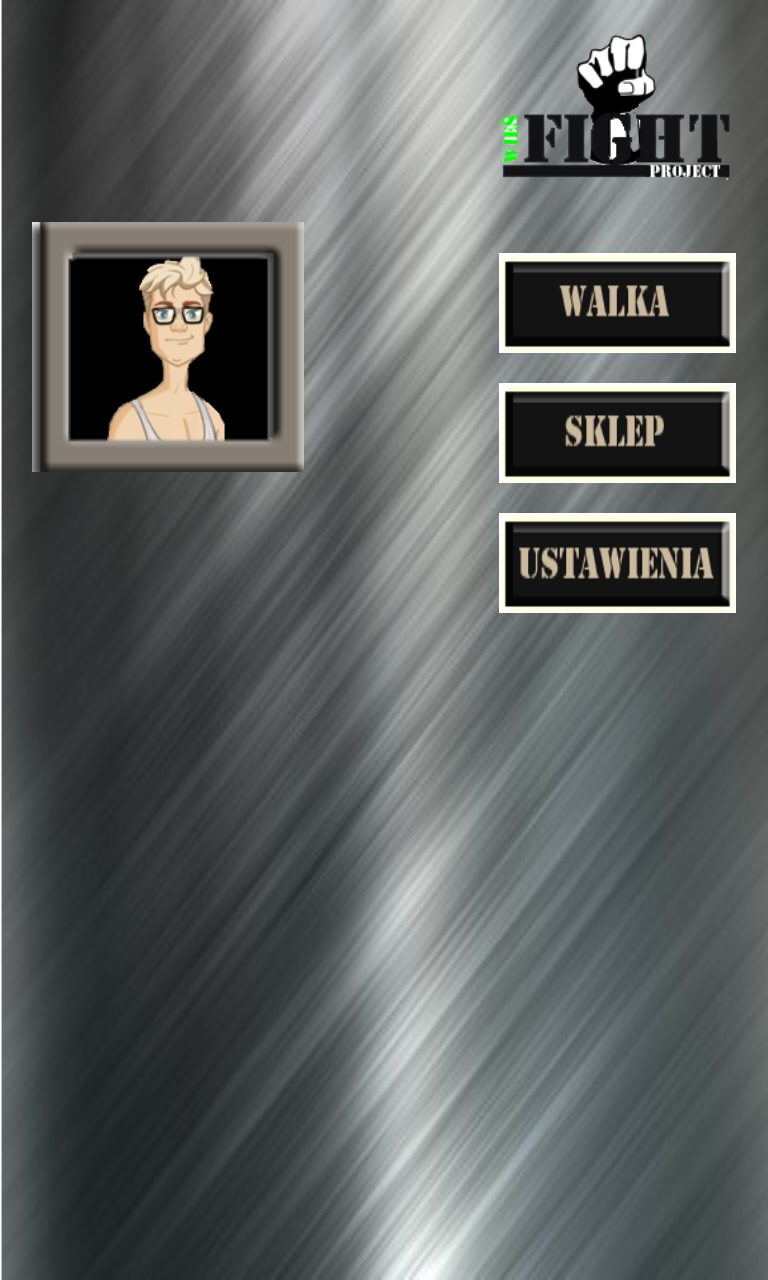
Repository: KrzysztofWolinski/WiesFight_Project
Layout: WiesFight/res/layout/activity_main.xml
These files come from the project's save history. The layout is drawn as it stood at one moment and after the next save; the edit follows.
It is drawn on a 768 x 1280 px phone screen (xhdpi) without system bars, with theme AppTheme; the app's code is not run.

Above is the layout before, as saved 2014-11-04 20:00:59.

### WiesFight/res/layout/activity_main.xml
<RelativeLayout xmlns:android="http://schemas.android.com/apk/res/android"
    xmlns:tools="http://schemas.android.com/tools"
    android:layout_width="match_parent"
    android:layout_height="match_parent"
    android:background="@drawable/bg"
    android:paddingBottom="@dimen/activity_vertical_margin"
    android:paddingLeft="@dimen/activity_horizontal_margin"
    android:paddingRight="@dimen/activity_horizontal_margin"
    android:paddingTop="@dimen/activity_vertical_margin"
    tools:context="com.wiesfight.activities.MainActivity" >

    <ImageView
        android:id="@+id/imgLogo"
        android:layout_width="wrap_content"
        android:layout_height="wrap_content"
        android:layout_alignParentRight="true"
        android:layout_alignParentTop="true"
        android:background="@android:color/transparent"
        android:contentDescription="@string/logo"
        android:src="@drawable/logo" />

    <Button
        android:id="@+id/btnShop"
        android:layout_width="150dp"
        android:layout_height="50dp"
        android:layout_alignLeft="@+id/btnFight"
        android:layout_below="@+id/btnFight"
        android:layout_marginTop="15dp"
        android:onClick="goToShop"
        android:background="@drawable/sklep" />

    <Button
        android:id="@+id/btnSettings"
        android:layout_width="150dp"
        android:layout_height="50dp"
        android:layout_alignLeft="@+id/btnShop"
        android:layout_below="@+id/btnShop"
        android:layout_marginTop="15dp"
        android:onClick="goToSettings"
        android:background="@drawable/ustawienia" />

    <Button
        android:id="@+id/btnFight"
        android:layout_width="150dp"
        android:layout_height="50dp"
        android:layout_alignLeft="@+id/imgLogo"
        android:layout_below="@+id/imgLogo"
        android:layout_marginTop="36dp"
        android:background="@drawable/walka"
        android:onClick="goToFight" />

    <LinearLayout
        android:layout_width="wrap_content"
        android:layout_height="wrap_content"
        android:orientation="vertical" >

    <TextView
        android:id="@+id/lblCoins"
        android:layout_width="fill_parent"
        android:layout_height="wrap_content"
        android:gravity="center_horizontal"
        android:textAppearance="?android:attr/textAppearanceLarge"
        android:textColor="@android:color/holo_orange_light" />

     <FrameLayout
        android:id="@+id/layoutAvatar"
	    android:layout_width="136dp"
	    android:layout_height="136dp"
        android:layout_marginTop="60dp" >

	    <ImageView
	        android:id="@+id/imgAvatarMain"
	        android:layout_width="fill_parent"
	        android:layout_height="wrap_content"
	        android:contentDescription="@string/avatar"
	        android:src="@drawable/informatyk"
	        android:layout_gravity="center" />

	    <ImageView
	        android:id="@+id/imgFrame"
	        android:layout_width="fill_parent"
	        android:layout_height="fill_parent"
	        android:contentDescription="@string/ramka"
	        android:src="@drawable/ramka" />

    </FrameLayout>

    <TextView
        android:id="@+id/lblUsername"
        android:layout_width="fill_parent"
        android:layout_height="wrap_content"
        android:gravity="center"
        android:textAppearance="?android:attr/textAppearanceLarge"
        android:textColor="@android:color/white" />
    </LinearLayout>

</RelativeLayout>

### WiesFight/res/values/strings.xml
<?xml version="1.0" encoding="utf-8"?>
<resources xmlns:android="http://schemas.android.com/apk/res/android">

    <string name="app_name">WiesFight</string>
    <string name="hello_world">Hello world!</string>
    <string name="action_settings">Settings</string>
    <string name="title_activity_posts">PostsActivity</string>
    <string name="title_activity_login">LoginActivity</string>
    <string name="logo">logo</string>
    <string name="wybierz">wybierz</string>
    <string name="walka">walka</string>
    <string name="sklep">sklep</string>
    <string name="ustawienia">ustawienia</string>
    <string name="title_activity_fight">FightActivity</string>
    <string name="title_activity_shop">ShopActivity</string>
    <string name="title_activity_settings">SettingsActivity</string>
    <string name="nickHint">Podaj nick</string>
    <string name="avatar">avatar</string>
    <string name="lewy">lewy</string>
    <string name="prawy">prawy</string>
    <string name="ramka">ramka</string>
</resources>

Loaded but not shown: WiesFight/res/values/styles.xml (common file); WiesFight/res/values-v11/styles.xml (common file); WiesFight/res/values-v14/styles.xml (common file); WiesFight/res/values/dimens.xml (common file); WiesFight/res/values-w820dp/dimens.xml (common file)

After the next save:
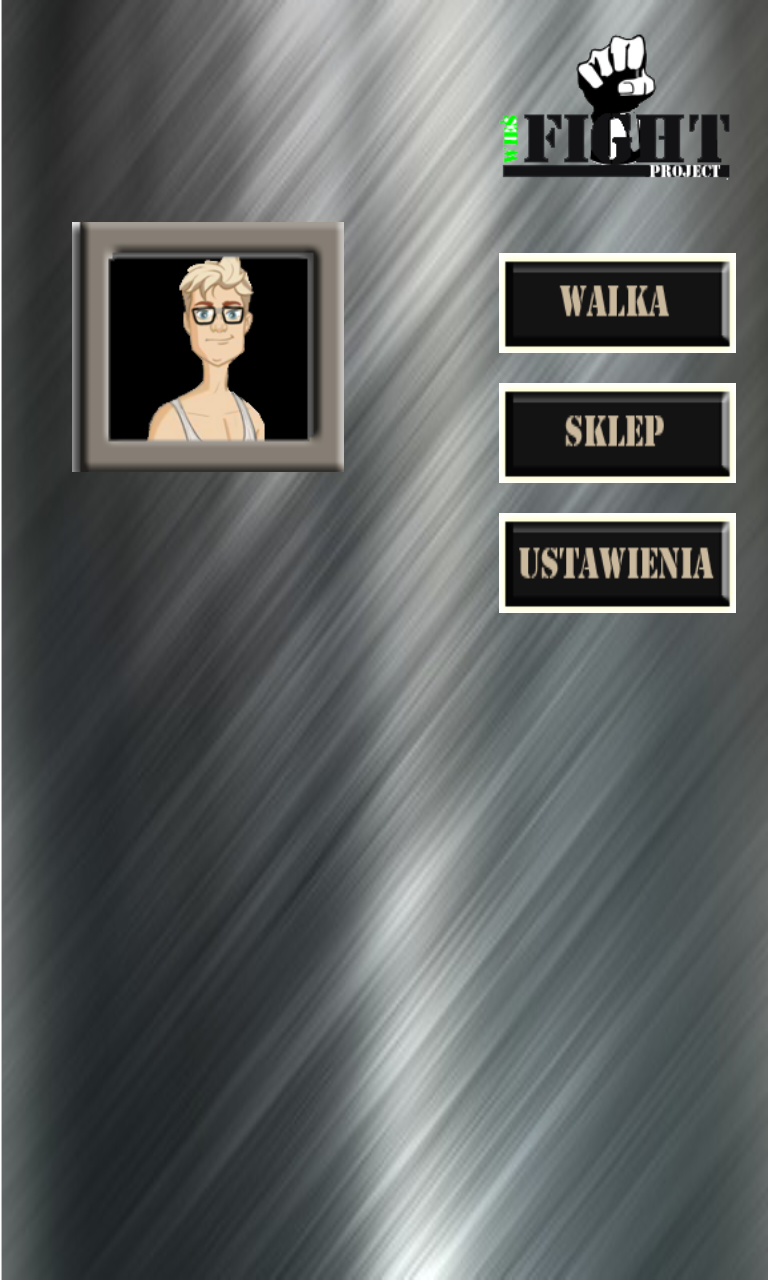
Saved 77 s later.
--- a/WiesFight/res/layout/activity_main.xml
+++ b/WiesFight/res/layout/activity_main.xml
@@ -52,7 +52,8 @@
     <LinearLayout
         android:layout_width="wrap_content"
         android:layout_height="wrap_content"
-        android:orientation="vertical" >
+        android:orientation="vertical"
+        android:layout_marginLeft="20dp" >
 
     <TextView
         android:id="@+id/lblCoins"
